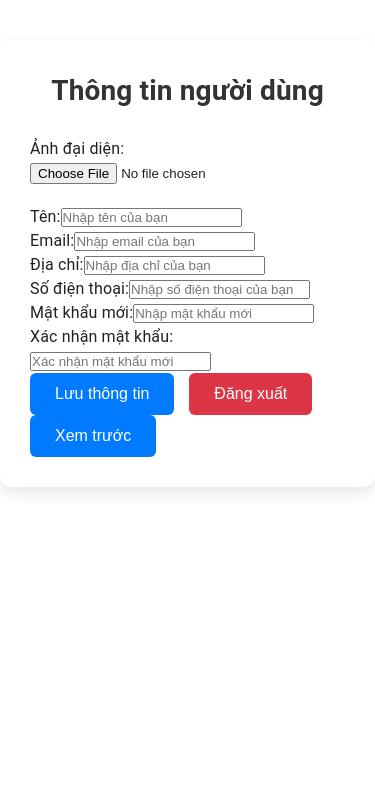
Repository: minhquang203/Homestay
Page: /profile (app in client/)
These files come from the project's save history. The page is drawn as it stood at one moment and after the next save; the edit follows.
The browser window is 375 px wide. The pictures show the whole page.
The project was rebuilt for these pictures with package versions that can differ from the ones it lists, and the page was loaded fresh each time. Also part of the build but not shown: client/src/styles/Footer.scss, client/src/components/Footer.jsx, client/src/styles/ListingCard.scss, client/src/components/ListingCard.jsx, client/src/styles/Loader.scss, client/src/components/Loader.jsx, client/src/styles/Navbar.scss, client/src/styles/variable.scss and 28 more.

Above is the page before, as saved 2025-04-04 20:27:12.

After the next save:
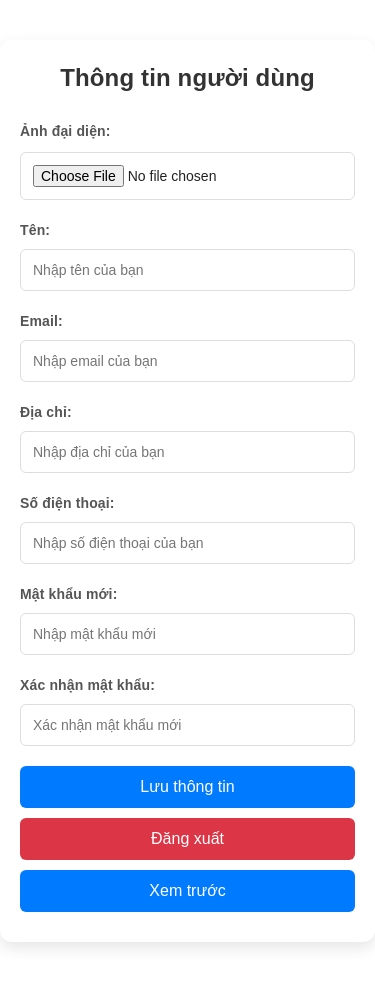
Saved 104 s later.
--- a/client/src/styles/Profile.scss
+++ b/client/src/styles/Profile.scss
@@ -5,6 +5,7 @@
   background-color: #ffffff;
   border-radius: 12px;
   box-shadow: 0 6px 15px rgba(0, 0, 0, 0.1);
+  font-family: Arial, sans-serif;
 
   h2 {
     font-size: 28px;
@@ -14,8 +15,29 @@
     text-align: center;
   }
 
+  .update-message {
+    font-size: 16px;
+    color: #28a745;
+    text-align: center;
+    margin-bottom: 20px;
+    animation: fadeIn 0.5s ease-in-out;
+  }
+
   .avatar-section {
     margin-bottom: 20px;
+
+    label {
+      display: block;
+      font-size: 14px;
+      color: #555;
+      margin-bottom: 8px;
+      font-weight: 600;
+    }
+
+    input[type="file"] {
+      display: block;
+      margin-top: 10px;
+    }
 
     .avatar-preview {
       display: block;
@@ -24,24 +46,31 @@
       border-radius: 50%;
       object-fit: cover;
       margin-top: 10px;
+      border: 2px solid #ddd;
     }
   }
 
-  .preview-section {
-    margin-top: 20px;
-    padding: 20px;
-    background-color: #f8f9fa;
-    border-radius: 8px;
-    box-shadow: 0 4px 10px rgba(0, 0, 0, 0.1);
+  label {
+    display: block;
+    font-size: 14px;
+    color: #555;
+    margin-bottom: 8px;
+    font-weight: 600;
+  }
 
-    h3 {
-      font-size: 20px;
-      margin-bottom: 15px;
-    }
+  input {
+    width: 100%;
+    padding: 12px;
+    font-size: 14px;
+    border: 1px solid #ddd;
+    border-radius: 6px;
+    margin-bottom: 20px;
+    transition: border-color 0.3s, box-shadow 0.3s;
 
-    p {
-      font-size: 16px;
-      margin-bottom: 10px;
+    &:focus {
+      border-color: #007bff;
+      box-shadow: 0 0 5px rgba(0, 123, 255, 0.5);
+      outline: none;
     }
   }
 
@@ -75,13 +104,61 @@
     &:not(:last-child) {
       margin-right: 15px;
     }
+
+    &.logout-button {
+      background-color: #dc3545;
+
+      &:hover {
+        background-color: #c82333;
+      }
+    }
   }
 
-  .logout-button {
-    background-color: #dc3545;
+  .preview-section {
+    margin-top: 20px;
+    padding: 20px;
+    background-color: #f8f9fa;
+    border-radius: 8px;
+    box-shadow: 0 4px 10px rgba(0, 0, 0, 0.1);
 
-    &:hover {
-      background-color: #c82333;
+    h3 {
+      font-size: 20px;
+      margin-bottom: 15px;
+    }
+
+    p {
+      font-size: 16px;
+      margin-bottom: 10px;
+    }
+  }
+
+  /* Responsive */
+  @media (max-width: 576px) {
+    padding: 20px;
+
+    h2 {
+      font-size: 24px;
+    }
+
+    button {
+      width: 100%;
+      margin-bottom: 10px;
+
+      &:not(:last-child) {
+        margin-right: 0;
+      }
+    }
+  }
+
+  /* Animation */
+  @keyframes fadeIn {
+    0% {
+      opacity: 0;
+      transform: translateY(-10px);
+    }
+    100% {
+      opacity: 1;
+      transform: translateY(0);
     }
   }
 }
